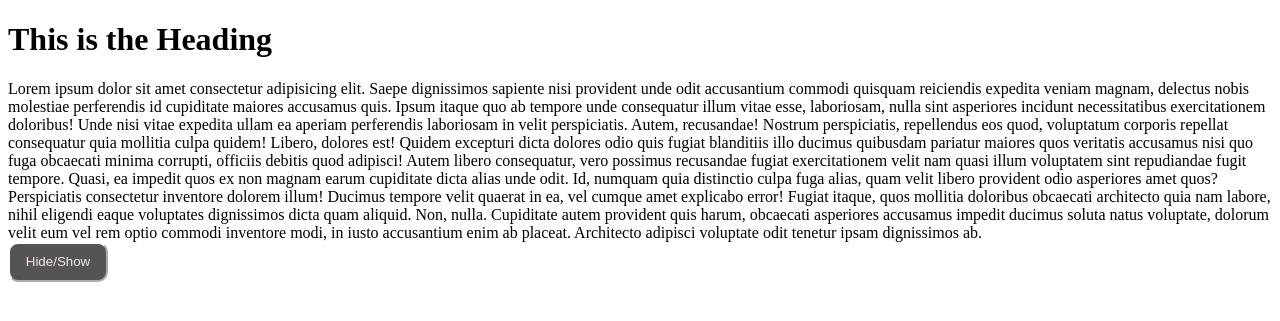
Repository: raisingh22/Simranlearning
Page: html css java/practice/index2.html
These files come from the project's save history. The page is drawn as it stood at one moment and after the next save; the edit follows.
The browser window is 1280 px wide. The pictures show the whole page.

Above is the page before, as saved 2024-01-19 22:15:20.

### html css java/practice/index2.html
<!DOCTYPE html>
<html lang="en">

<head>
    <meta charset="UTF-8">
    <meta name="viewport" content="width=device-width, initial-scale=1.0">
    <title>Js Events</title>
    <style>
        #btn{
            color: #f6e9e9;
            border-radius: 10px;
            border-color: white;
            background-color: #000000ab;
            height: 40px;
            width: 100px;
        }
    </style>
</head>

<body>
    <div class="container">
        <h1 class="head">
            This is the Heading
        </h1>
        <p1 class="parah">
            Lorem ipsum dolor sit amet consectetur adipisicing elit. Saepe dignissimos sapiente nisi provident unde odit
            accusantium commodi quisquam reiciendis expedita veniam magnam, delectus nobis molestiae perferendis id
            cupiditate maiores accusamus quis. Ipsum itaque quo ab tempore unde consequatur illum vitae esse,
            laboriosam, nulla sint asperiores incidunt necessitatibus exercitationem doloribus! Unde nisi vitae expedita
            ullam ea aperiam perferendis laboriosam in velit perspiciatis. Autem, recusandae! Nostrum perspiciatis,
            repellendus eos quod, voluptatum corporis repellat consequatur quia mollitia culpa quidem! Libero, dolores
            est! Quidem excepturi dicta dolores odio quis fugiat blanditiis illo ducimus quibusdam pariatur maiores quos
            veritatis accusamus nisi quo fuga obcaecati minima corrupti, officiis debitis quod adipisci! Autem libero
            consequatur, vero possimus recusandae fugiat exercitationem velit nam quasi illum voluptatem sint
            repudiandae fugit tempore. Quasi, ea impedit quos ex non magnam earum cupiditate dicta alias unde odit. Id,
            numquam quia distinctio culpa fuga alias, quam velit libero provident odio asperiores amet quos?
            Perspiciatis consectetur inventore dolorem illum! Ducimus tempore velit quaerat in ea, vel cumque amet
            explicabo error! Fugiat itaque, quos mollitia doloribus obcaecati architecto quia nam labore, nihil eligendi
            eaque voluptates dignissimos dicta quam aliquid. Non, nulla. Cupiditate autem provident quis harum,
            obcaecati asperiores accusamus impedit ducimus soluta natus voluptate, dolorum velit eum vel rem optio
            commodi inventore modi, in iusto accusantium enim ab placeat. Architecto adipisci voluptate odit tenetur
            ipsam dignissimos ab.
        </p1>

    </div>
    <button id="btn"> Hide/Show</button>

</body>

</html>

After the next save:
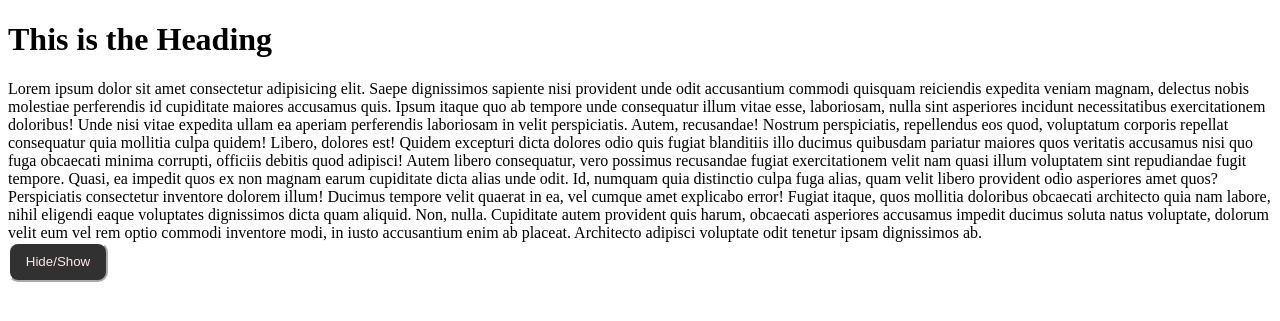
Saved 5 s later.
--- a/html css java/practice/index2.html
+++ b/html css java/practice/index2.html
@@ -10,7 +10,7 @@
             color: #f6e9e9;
             border-radius: 10px;
             border-color: white;
-            background-color: #000000ab;
+            background-color: #000000ce;
             height: 40px;
             width: 100px;
         }
